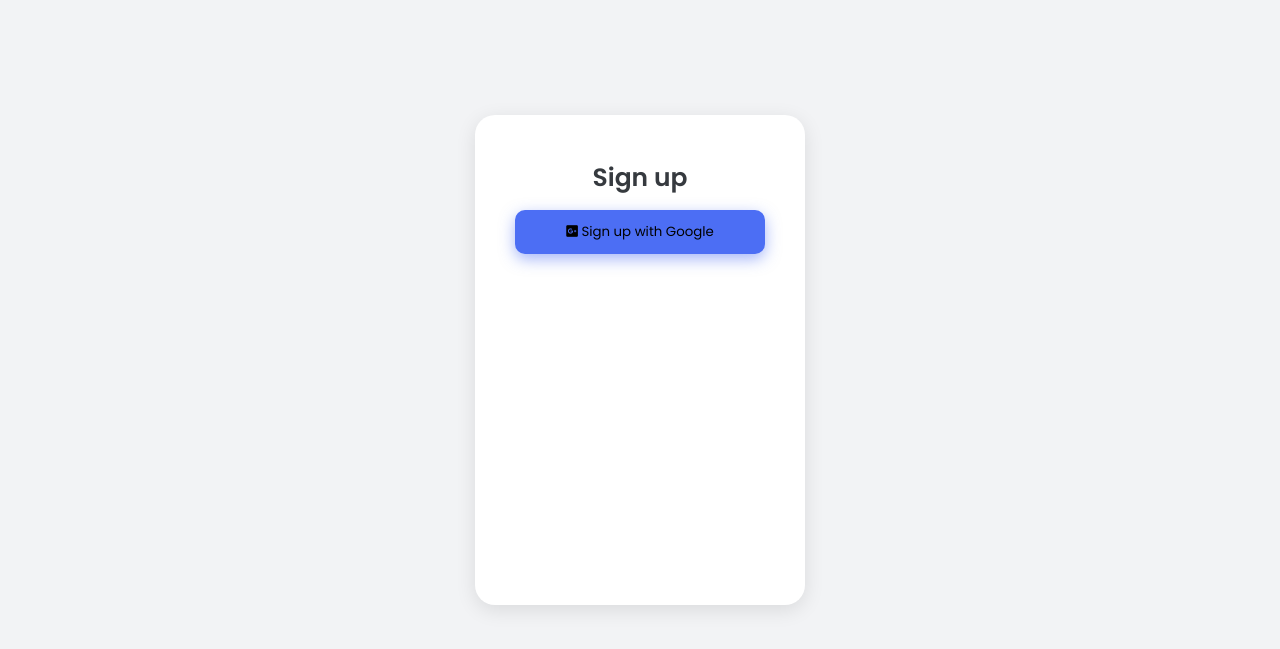
Repository: TranMinhMan040702/practice_html-css
Page: form-login/index.html
These files come from the project's save history. The page is drawn as it stood at one moment and after the next save; the edit follows.
The browser window is 1280 px wide. The pictures show the whole page.
Some web libraries are served in a nearby version.

Above is the page before, as saved 2022-08-24 12:58:58.

After the next save:
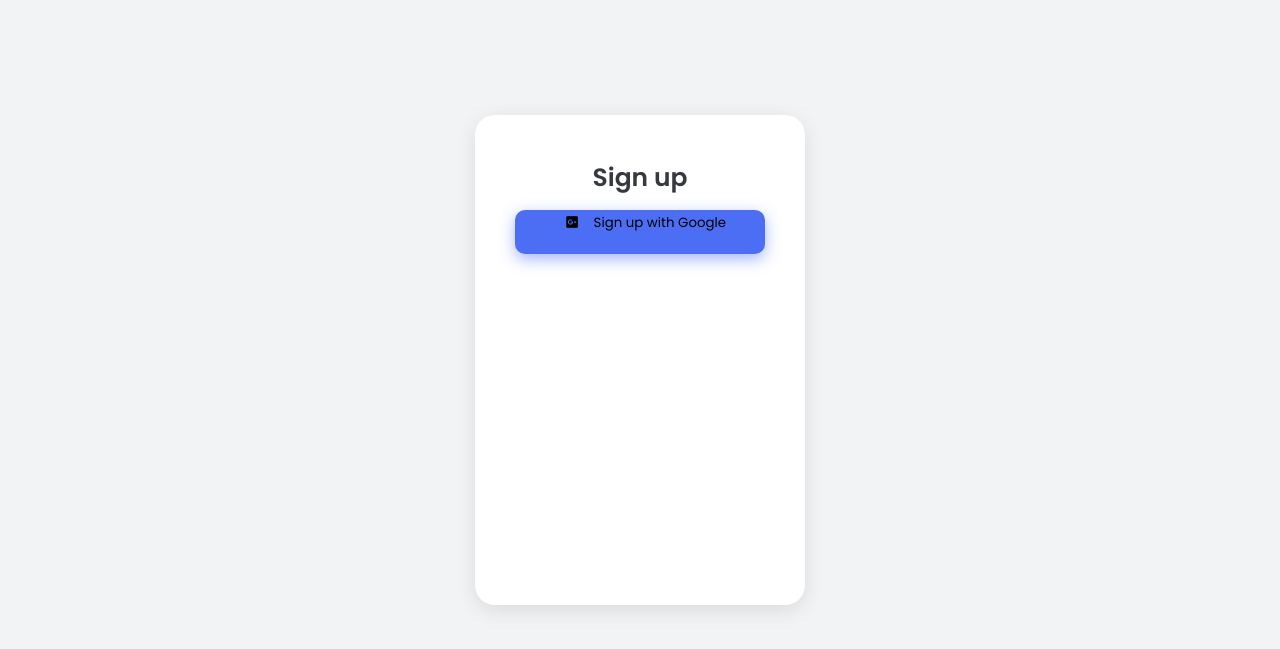
Saved 19 s later.
--- a/form-login/main.css
+++ b/form-login/main.css
@@ -48,7 +48,8 @@ body {
 }
 
 .signup-icon {
-
+    width: 36px;
+    height: 36px;
 }
 
 .signup-text {
